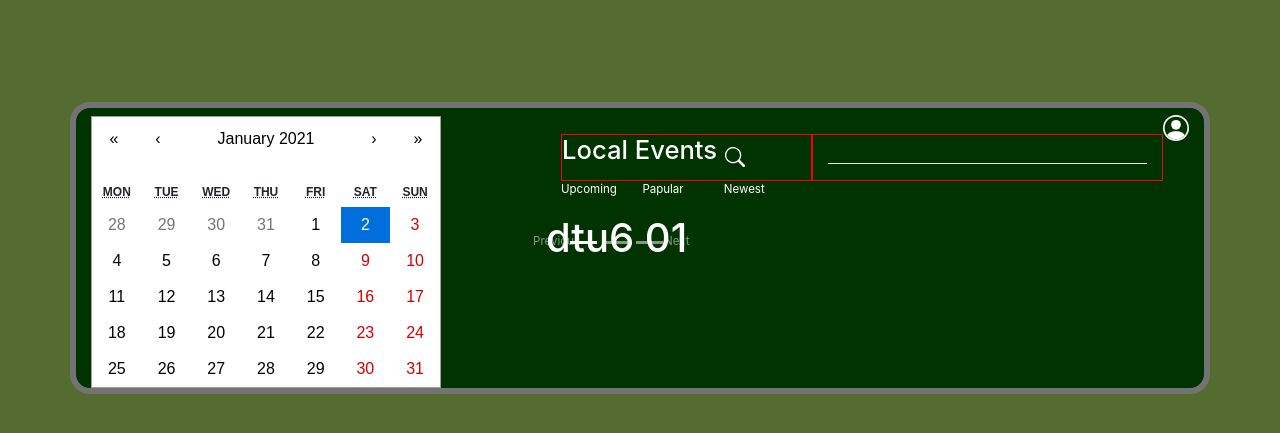
Repository: lalji-yadav/Calendar-code
Page: /
An editor plug-in stored every save of this project. The page is shown before and after the next save, followed by the edit.
The browser window is 1280 px wide. The pictures show the whole page.
The project was rebuilt for these pictures with package versions that can differ from the ones it lists, and the page was loaded fresh each time. Also part of the build but not shown: src/App.css.

Above is the page before, as saved 2021-01-03 15:12:34.

After the next save:
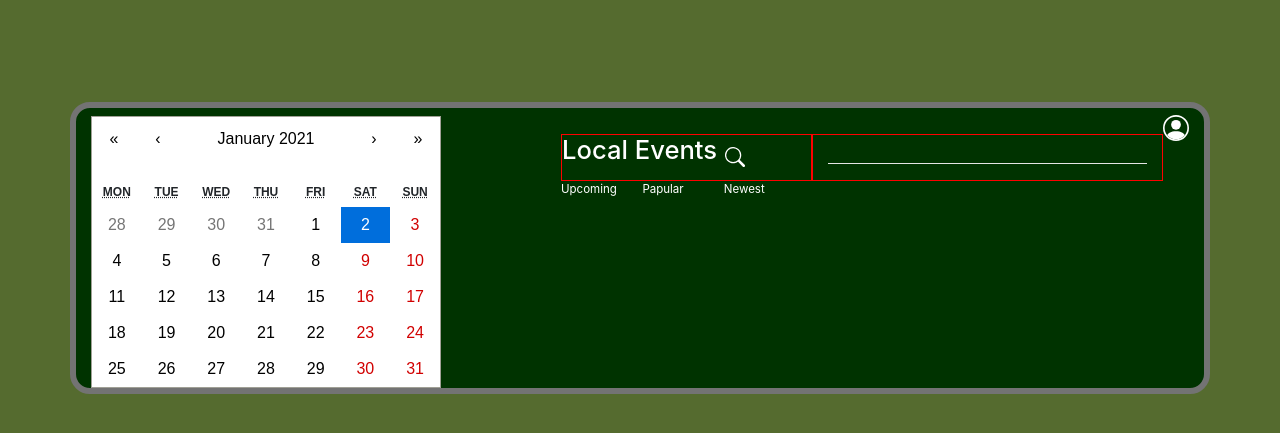
Saved 6 min 49 s later.
--- a/src/calendar/Home.js
+++ b/src/calendar/Home.js
@@ -51,35 +51,6 @@
 
              {/* Carosal design  */}
 
-             <div>
-             <div id="carouselExampleIndicators" class="carousel slide" data-bs-ride="carousel">
-                <ol class="carousel-indicators">
-                  <li data-bs-target="#carouselExampleIndicators" data-bs-slide-to="0" class="active"></li>
-                  <li data-bs-target="#carouselExampleIndicators" data-bs-slide-to="1"></li>
-                  <li data-bs-target="#carouselExampleIndicators" data-bs-slide-to="2"></li>
-                </ol>
-                <div class="carousel-inner">
-                  <div class="carousel-item active">
-                   <h1> dtu6 01</h1>
-                  </div>
-                  <div class="carousel-item">
-                  <h1> 02</h1>
-                  </div>
-                  <div class="carousel-item">
-                  <h1> 03 </h1>
-                  </div>
-                </div>
-                <a class="carousel-control-prev" href="#carouselExampleIndicators" role="button" data-bs-slide="prev">
-                  <span class="carousel-control-prev-icon" aria-hidden="true"></span>
-                  <span class="visually-hidden">Previous</span>
-                </a>
-                <a class="carousel-control-next" href="#carouselExampleIndicators" role="button" data-bs-slide="next">
-                  <span class="carousel-control-next-icon" aria-hidden="true"></span>
-                  <span class="visually-hidden">Next</span>
-                </a>
-                </div>
-             </div>
-
           </div>
 
         </div>
